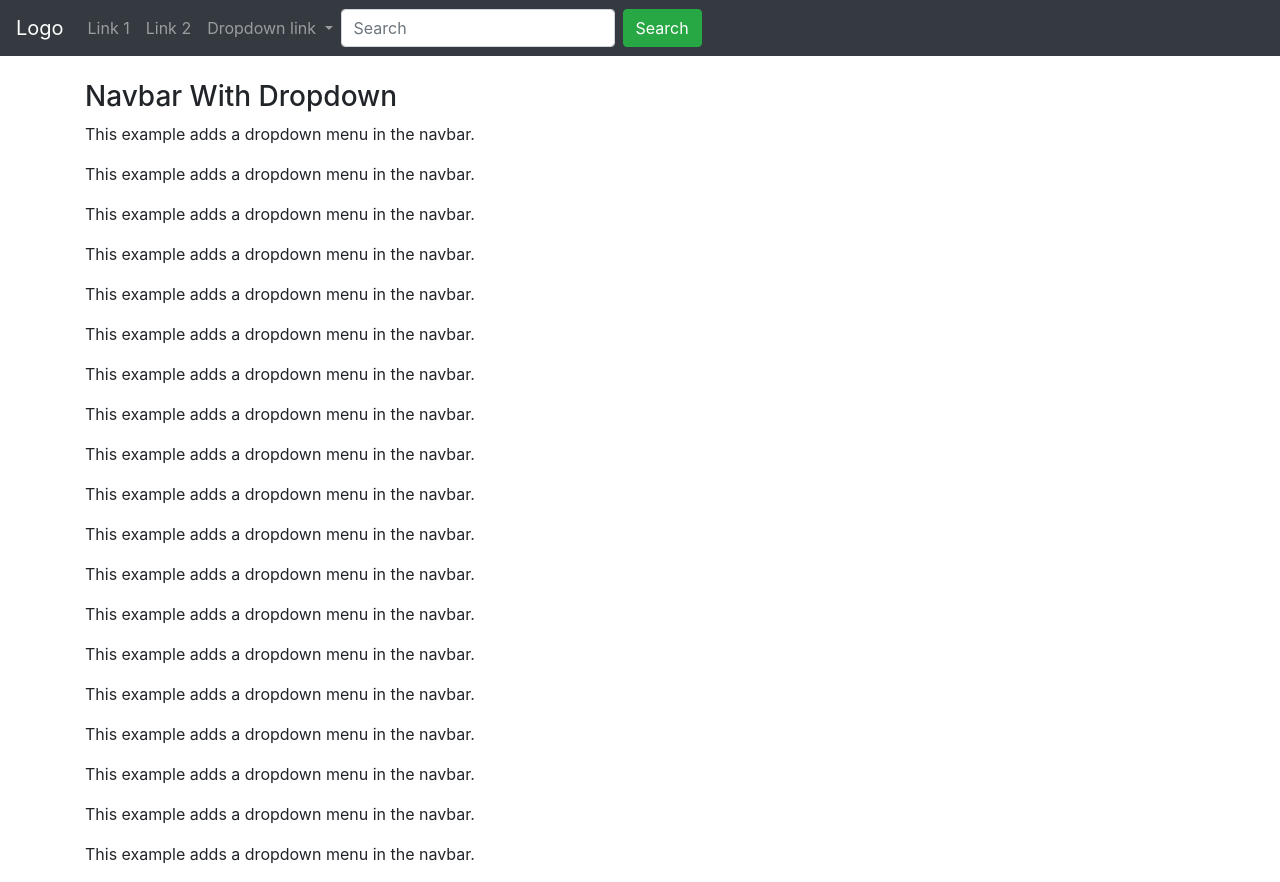
Repository: jwsimhj97/jwork_n
Page: JSPProject/WebContent/03-08/boot_02_nav01.html
The author's editor kept a copy of each file at every save. The page is drawn from the files as they stood at one save, then again after the next save.
The browser window is 1280 px wide. The pictures show the whole page.

Above is the page before, as saved 2022-03-08 01:59:41.

### JSPProject/WebContent/03-08/boot_02_nav01.html
<!DOCTYPE html>
<html lang="en">
<head>
  <title>Bootstrap Example</title>
  <meta charset="utf-8">
  <meta name="viewport" content="width=device-width, initial-scale=1">
  <link rel="stylesheet" href="https://maxcdn.bootstrapcdn.com/bootstrap/4.5.2/css/bootstrap.min.css">
  <style>
      /* .form-inline {margin: auto 0 auto auto;} */
  </style>
  <script src="https://ajax.googleapis.com/ajax/libs/jquery/3.5.1/jquery.min.js"></script>
  <script src="https://cdnjs.cloudflare.com/ajax/libs/popper.js/1.16.0/umd/popper.min.js"></script>
  <script src="https://maxcdn.bootstrapcdn.com/bootstrap/4.5.2/js/bootstrap.min.js"></script>
</head>
<body>

<nav class="navbar navbar-expand-sm bg-dark navbar-dark">
  <!-- Brand -->
  <a class="navbar-brand" href="#">Logo</a>

  <!-- Links -->
  <ul class="navbar-nav">
    <li class="nav-item">
      <a class="nav-link" href="#">Link 1</a>
    </li>
    <li class="nav-item">
      <a class="nav-link" href="#">Link 2</a>
    </li>

    <!-- Dropdown -->
    <li class="nav-item dropdown">
      <a class="nav-link dropdown-toggle" href="#" id="navbardrop" data-toggle="dropdown">
        Dropdown link
      </a>
      <div class="dropdown-menu">
        <a class="dropdown-item" href="#">Link 1</a>
        <a class="dropdown-item" href="#">Link 2</a>
        <a class="dropdown-item" href="#">Link 3</a>
      </div>
    </li>
  </ul>
  <form class="form-inline" action="#">
    <input class="form-control mr-sm-2" type="text" placeholder="Search">
    <button class="btn btn-success" type="submit">Search</button>
  </form>
</nav>
<br>

<div class="container">
  <h3>Navbar With Dropdown</h3>
  <p>This example adds a dropdown menu in the navbar.</p>
  <p>This example adds a dropdown menu in the navbar.</p>
  <p>This example adds a dropdown menu in the navbar.</p>
  <p>This example adds a dropdown menu in the navbar.</p>
  <p>This example adds a dropdown menu in the navbar.</p>
  <p>This example adds a dropdown menu in the navbar.</p>
  <p>This example adds a dropdown menu in the navbar.</p>
  <p>This example adds a dropdown menu in the navbar.</p>
  <p>This example adds a dropdown menu in the navbar.</p>
  <p>This example adds a dropdown menu in the navbar.</p>
  <p>This example adds a dropdown menu in the navbar.</p>
  <p>This example adds a dropdown menu in the navbar.</p>
  <p>This example adds a dropdown menu in the navbar.</p>
  <p>This example adds a dropdown menu in the navbar.</p>
  <p>This example adds a dropdown menu in the navbar.</p>
  <p>This example adds a dropdown menu in the navbar.</p>
  <p>This example adds a dropdown menu in the navbar.</p>
  <p>This example adds a dropdown menu in the navbar.</p>
  <p>This example adds a dropdown menu in the navbar.</p>
</div>

</body>
</html>

After the next save:
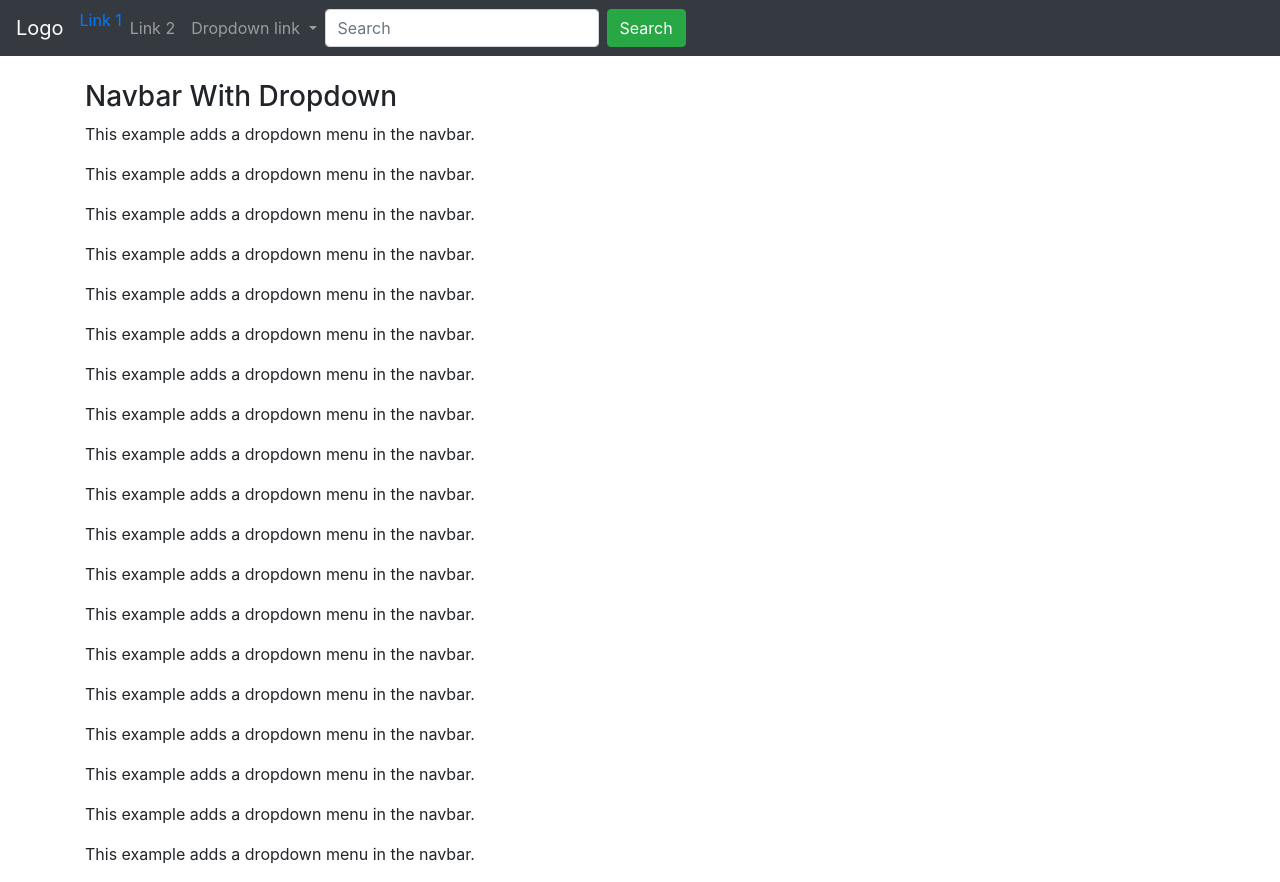
Saved 64 min 26 s later.
--- a/JSPProject/WebContent/03-08/boot_02_nav01.html
+++ b/JSPProject/WebContent/03-08/boot_02_nav01.html
@@ -21,7 +21,7 @@
   <!-- Links -->
   <ul class="navbar-nav">
     <li class="nav-item">
-      <a class="nav-link" href="#">Link 1</a>
+      <a class="a-link" href="#">Link 1</a>
     </li>
     <li class="nav-item">
       <a class="nav-link" href="#">Link 2</a>

After the save that followed:
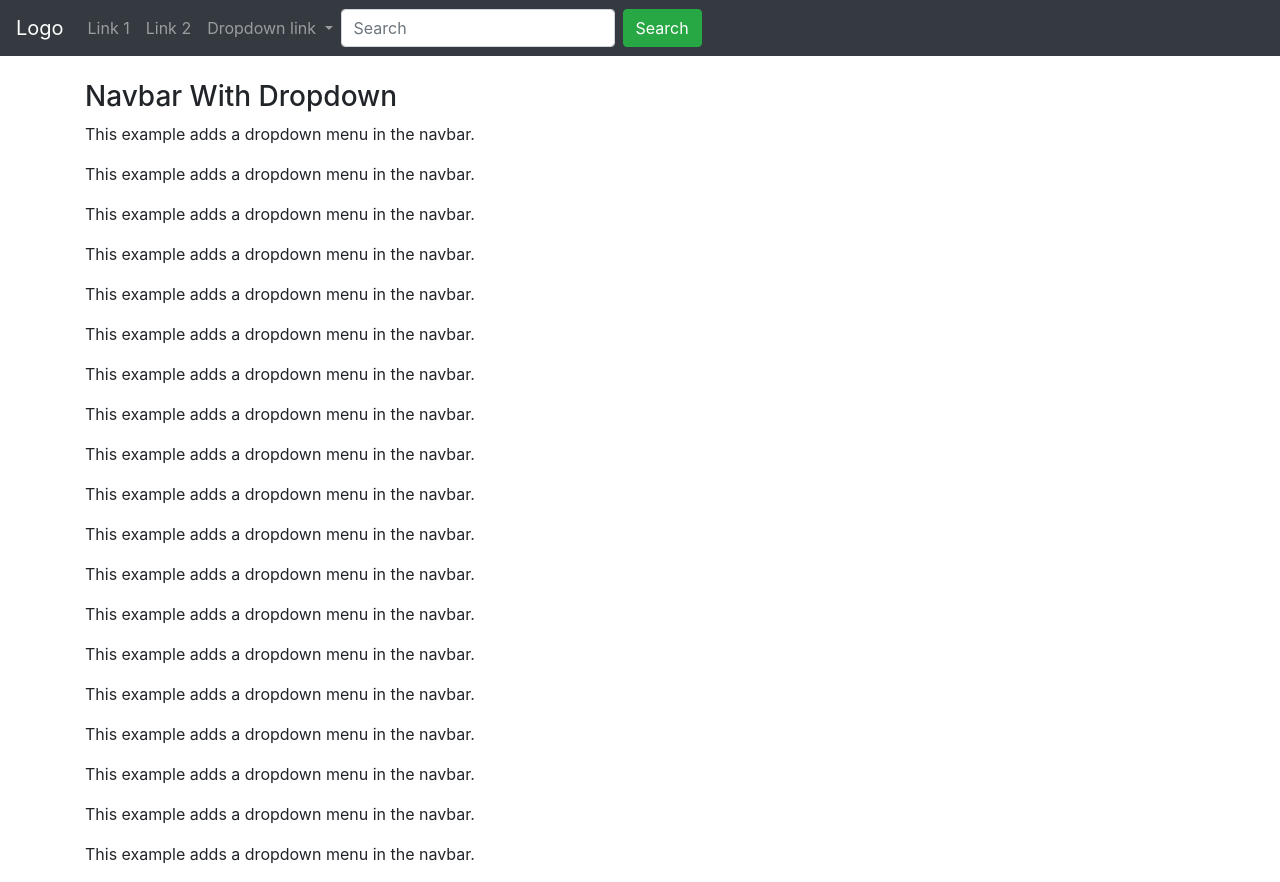
Saved 4 s later.
--- a/JSPProject/WebContent/03-08/boot_02_nav01.html
+++ b/JSPProject/WebContent/03-08/boot_02_nav01.html
@@ -21,7 +21,7 @@
   <!-- Links -->
   <ul class="navbar-nav">
     <li class="nav-item">
-      <a class="a-link" href="#">Link 1</a>
+      <a class="nav-link" href="#">Link 1</a>
     </li>
     <li class="nav-item">
       <a class="nav-link" href="#">Link 2</a>
